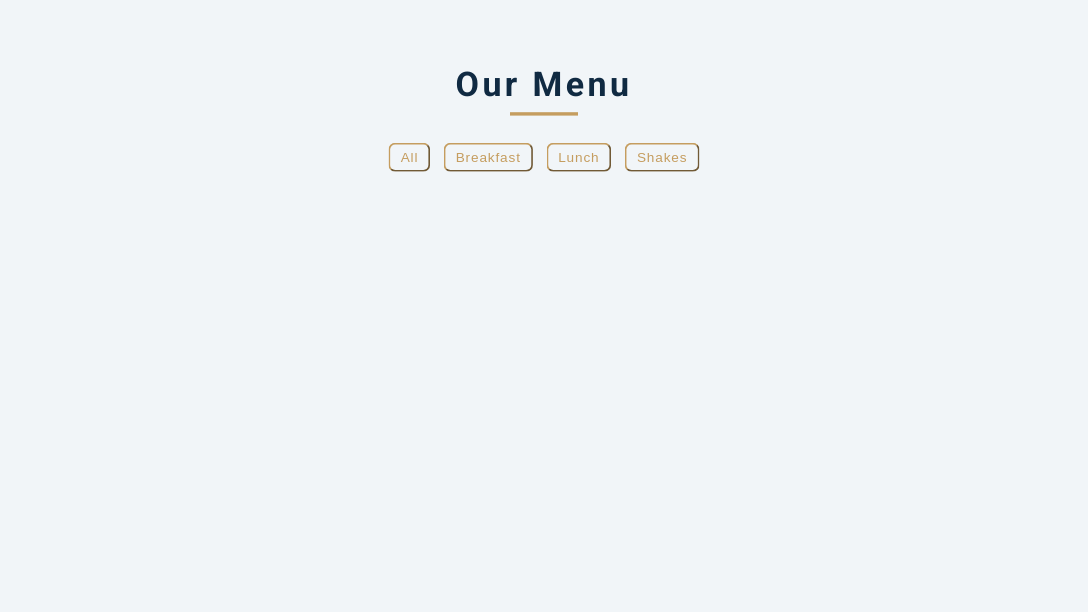
Repository: LusyaPetrosyan/MenuFilter
Page: menuFilter/index.html
An editor plug-in stored every save of this project. The page is shown before and after the next save, followed by the edit.
The browser window is 1280 px wide. The pictures show the whole page, at 85% of full size.
After loading, the first visible `button.filter-btn` was clicked once.
Some web libraries are served in a nearby version.

Above is the page before, as saved 2022-02-17 16:35:05.

After the next save:
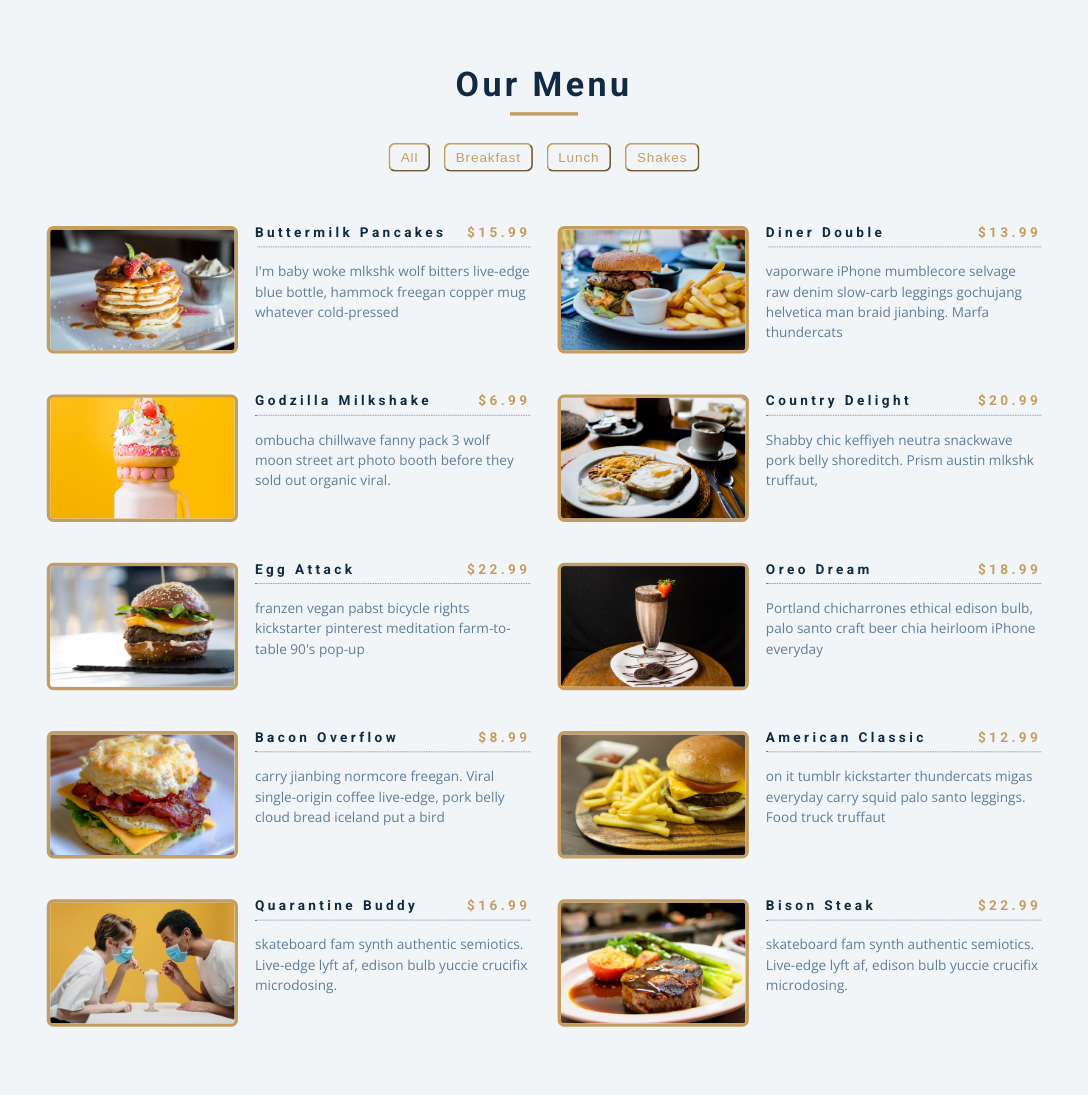
Saved 6 s later.
--- a/menuFilter/app.js
+++ b/menuFilter/app.js
@@ -43,7 +43,7 @@ buttons.forEach(filterBtn => {
   filterBtn.addEventListener("click", () =>{
     const value = filterBtn.getAttribute("data-id");
     if (value === "all"){
-      diplayMenuItems(menu);
+      return diplayMenuItems(menu);
     }
     const filterArr = menu.filter(item => item.category === value);
 
